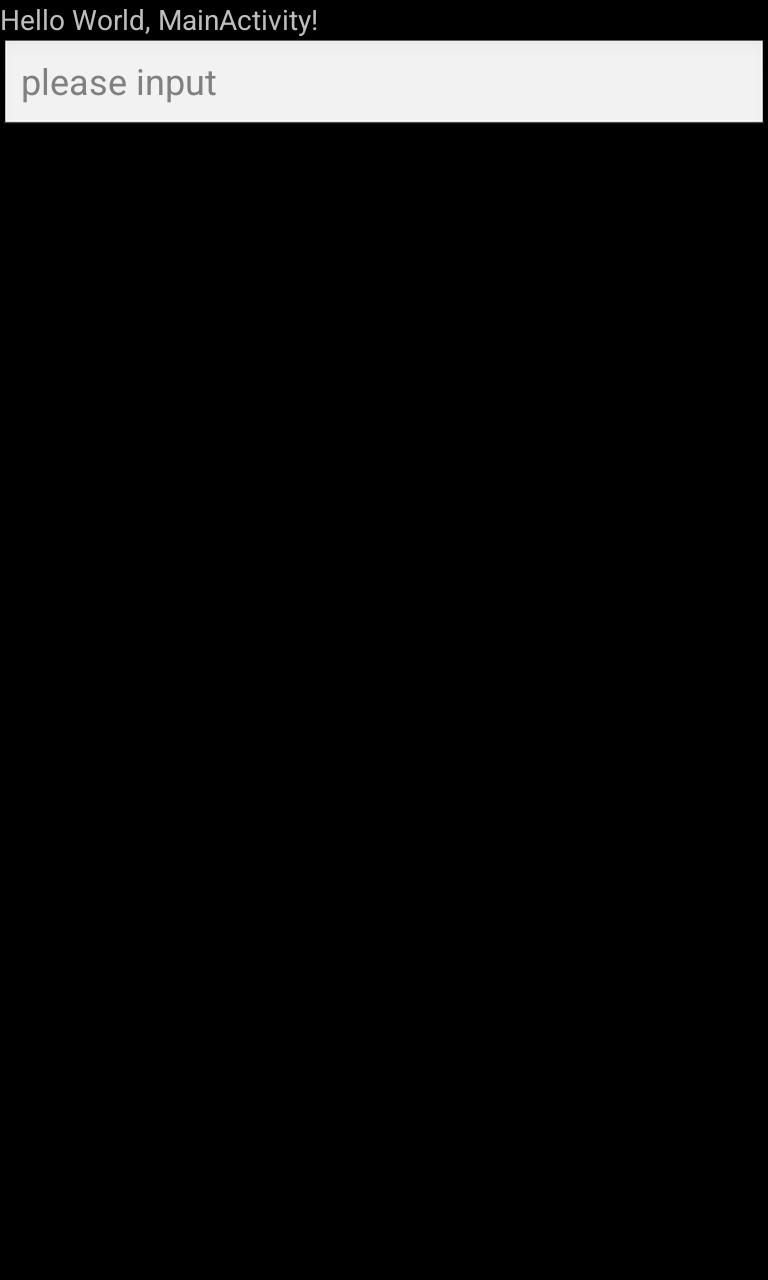
Repository: fangbao/Google_Android
Layout: Android_space/3.EditText/res/layout/main.xml
The author's editor kept a copy of each file at every save. The layout is drawn from the files as they stood at one save, then again after the next save.
It is drawn on a 768 x 1280 px phone screen (xhdpi) without system bars, with theme android:Theme; the app's code is not run.

Above is the layout before, as saved 2011-12-23 23:57:20.

### Android_space/3.EditText/res/layout/main.xml
<?xml version="1.0" encoding="utf-8"?>
<LinearLayout xmlns:android="http://schemas.android.com/apk/res/android"
    android:layout_width="fill_parent"
    android:layout_height="fill_parent"
    android:orientation="vertical" >

    <TextView
        android:layout_width="fill_parent"
        android:layout_height="wrap_content"
        android:text="@string/hello" />
    <EditText
        android:layout_width="fill_parent"
        android:layout_height="wrap_content"
        android:maxLength="3"
        android:singleLine="true"
        android:inputType="number"
        android:hint="please input"
        />

</LinearLayout>

### Android_space/3.EditText/res/values/strings.xml
<?xml version="1.0" encoding="utf-8"?>
<resources>

    <string name="hello">Hello World, MainActivity!</string>
    <string name="app_name">EditTextDemo</string>

</resources>

After the next save:
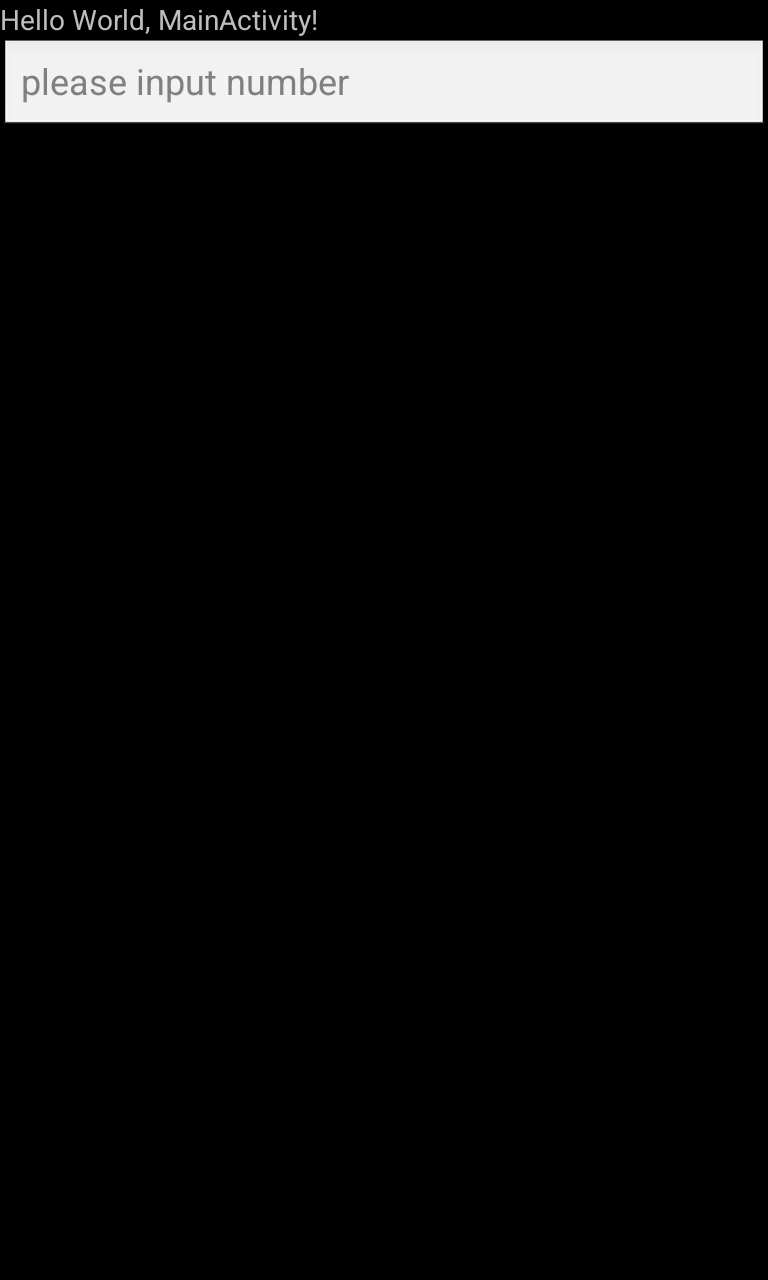
Saved 9 s later.
--- a/Android_space/3.EditText/res/layout/main.xml
+++ b/Android_space/3.EditText/res/layout/main.xml
@@ -14,7 +14,7 @@
         android:maxLength="3"
         android:singleLine="true"
         android:inputType="number"
-        android:hint="please input"
+        android:hint="please input number"
         />
 
 </LinearLayout>
